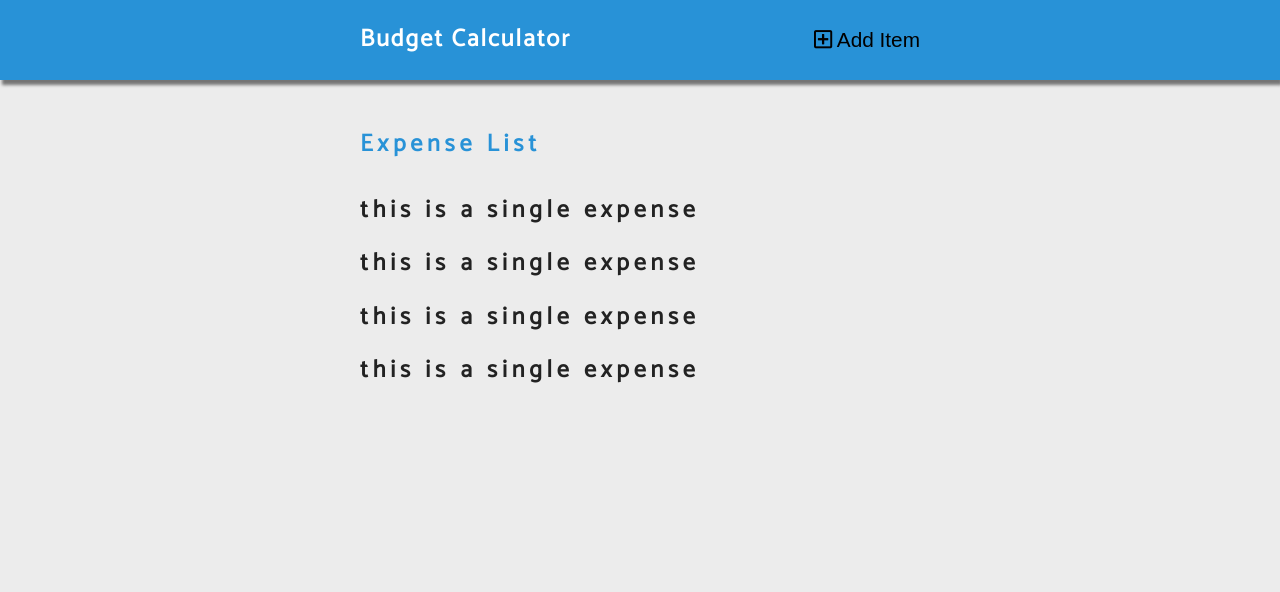
Repository: webdril/budget
Page: /
These files come from the project's save history. The page is drawn as it stood at one moment and after the next save; the edit follows.
The browser window is 1280 px wide. The pictures show the whole page.
The project was rebuilt for these pictures with package versions that can differ from the ones it lists, and the page was loaded fresh each time.

Above is the page before, as saved 2020-03-02 01:01:11.

### public/index.html
<!DOCTYPE html>
<html lang="en">
<head>
	<meta charset='utf-8'>
	<meta name='viewport' content='width=device-width,initial-scale=1'>

	<title>Budget Calculator</title>

	<link rel='icon' type='image/png' href='/favicon.png'>
	<link rel='stylesheet' href='/global.css'>
	<link rel='stylesheet' href='/build/bundle.css'>
	<!-- Font Awesome -->
	<link rel="stylesheet" href="fontawesome-free-5.11.2-web/css/all.min.css">

	<script defer src='/build/bundle.js'></script>
</head>

<body>
</body>
</html>

### src/App.svelte
<script>
// components
import Navbar from './Navbar.svelte'
import ExpensesList from './ExpensesList.svelte'

// Data
import expensesData from './expenses';

// variables
let expenses = [...expensesData];
</script>

<!-- CSS/STYLING -->

<Navbar />
<main class="content">
	<ExpensesList {expenses}/>
</main>

### src/Navbar.svelte
<nav class="nav">
	<div class="nav-center">
		<h1 class="nav-title">Budget Calculator</h1>
		<button type="button" class="nav-btn">
			<i class="far fa-plus-square" />
			Add Item
		</button>
	</div>
</nav>

### src/ExpensesList.svelte
<script>
import SectionTitle from './Title.svelte';
import Expense from './Expense.svelte';
export let expenses = [];
</script>

<style>
    h2 {
        text-transform: capitalize;
    }
</style>

<section>
    <SectionTitle title= 'expense list' />
    <ul>
        {#each expenses as expense, index}
            <Expense index={index + 1}/>
            {:else}
                <h2>Currently you have no expenses</h2>
        {/each}
    </ul>
</section>

### src/Title.svelte
<script>
export let title = "default title";

</script>


<div class="main-title">
 <h2>{title}</h2>
</div>

### src/Expense.svelte
<script>
export let index;
</script>
<div>
<h1>this is a single expense</h1>
</div>

### public/global.css
/*
======
Fonts
======
*/
@import url("https://fonts.googleapis.com/css?family=Catamaran:300,400&display=swap");
/*
======
Variables
======
*/
:root {
  --primaryColor: #2892d7;
  --mainWhite: #fff;
  --offWhite: #f7f7f7;
  --mainBlack: #222;
  --mainGrey: #ececec;
  --darkGrey: #afafaf;
  --mainTransition: all 0.3s linear;
  --mainSpacing: 0.3rem;
  --lightShadow: 2px 5px 3px 0px rgba(0, 0, 0, 0.5);
  --darkShadow: 4px 10px 5px 0px rgba(0, 0, 0, 0.5);
  --mainBorderRadius: 0.25rem;
}
/*
======
Global Styles
======
*/
* {
  margin: 0;
  padding: 0;
  box-sizing: border-box;
}

body {
  font-family: "Catamaran", sans-serif;
  color: var(--mainBlack);
  background: var(--mainGrey);
  line-height: 1.4;
  font-size: 1rem;
  font-weight: 300;
}
h1,
h2,
h3,
h4,
h5,
h6 {
  font-family: "Catamaran", sans-serif;
  margin-bottom: 1.25rem;
  letter-spacing: var(--mainSpacing);
}
p {
  margin-bottom: 1.25rem;
}
ul {
  list-style-type: none;
}
a {
  text-decoration: none;
  color: var(--mainBlack);
}
/*
======
Buttons
======
*/
.btn,
.btn-white,
.btn-primary {
  text-transform: uppercase;
  letter-spacing: var(--mainSpacing);
  color: var(--primaryColor);
  border: 2px solid var(--primaryColor);
  padding: 0.45rem 0.8rem;
  display: inline-block;
  transition: var(--mainTransition);
  cursor: pointer;
  font-size: 0.8rem;
  border-radius: var(--mainBorderRadius);
  background: transparent;
}
.btn:hover {
  background: var(--primaryColor);
  color: var(--mainWhite);
}
.btn-white {
  background: transparent;
  color: var(--primaryColor);
  border-color: var(--primaryColor);
}
.btn-white:hover {
  background: var(--mainWhite);
  color: var(--primaryColor);
}
.btn-primary {
  background: var(--primaryColor);
  color: var(--mainWhite);
  border-color: var(--primaryColor);
}
.btn-primary:hover {
  background: transparent;
  color: var(--primaryColor);
}
.btn-block {
  width: 100%;
  display: block;
  margin: 0 auto;
  box-shadow: var(--lightShadow);
}
.disabled {
  color: var(--darkGrey);
  border-color: var(--darkGrey);
}
.disabled:hover {
  background: transparent;
  color: var(--darkGrey);
  border-color: var(--darkGrey);
}
/*
======
Navbar
======
*/
.nav {
  background: var(--primaryColor);
  height: 5rem;
  display: flex;
  align-items: center;
  box-shadow: var(--lightShadow);
}

.nav-center {
  width: 85%;
  max-width: 35rem;
  margin: 0 auto;
  display: flex;
  justify-content: space-between;
}
.nav-title {
  text-transform: capitalize;
  color: var(--mainWhite);
  margin-bottom: 0;
  letter-spacing: 2px;
}
.nav-btn {
  background: transparent;
  font-size: 1.3rem;
  border: none;
  cursor: pointer;
  text-transform: capitalize;
  transition: var(--mainTransition);
}
.nav-btn:hover {
  color: var(--darkGrey);
}
/*
======
Content
======
*/
.content {
  padding: 3rem 0;
  width: 85vw;
  max-width: 35rem;
  margin: 0 auto;
}

/*
======
Main Title
======
*/
.main-title {
  text-transform: capitalize;
  color: var(--primaryColor);
  margin-bottom: 2rem;
}
/*
======
Single Expense
======
*/
.single-expense {
  display: flex;
  justify-content: space-between;
  text-transform: capitalize;
  align-items: center;
  margin-bottom: 2rem;
  padding: 1.3rem 1rem;
  border-radius: var(--mainBorderRadius);
  background: var(--mainWhite);
  box-shadow: var(--lightShadow);
}
.single-expense h2 {
  margin-bottom: 0;
  font-weight: 300;
}
.single-expense h4 {
  margin-bottom: 0;
  margin-top: 1rem;
  font-weight: 300;
  color: var(--primaryColor);
}

.expense-btn {
  font-size: 1rem;
  background: transparent;
  border: none;
  margin: 0 0.4rem;
  transition: var(--mainTransition);
  cursor: pointer;
}
.expense-btn:hover {
  transform: scale(1.2);
}
.amount-btn {
  font-size: 1.3rem;
  background: transparent;
  border: none;
  cursor: pointer;
  color: var(--primaryColor);
}
.delete-btn {
  color: red;
}
.edit-btn {
  color: green;
}
/*
======
Expense Form
======
*/

.expense-form {
  background: var(--mainWhite);
  padding: 1.25rem 1rem;
  text-transform: capitalize;
  border-radius: var(--mainBorderRadius);
  box-shadow: var(--lightShadow);
}

.form-control label {
  display: block;
}
.form-control input {
  width: 100%;
  border: none;
  border-bottom: 2px solid var(--darkGrey);
  margin-bottom: 1.25rem;
  padding: 0.5rem;
  font-size: 1.2rem;
}
.form-empty {
  text-align: center;
  color: red;
}
.form {
  position: relative;
  margin-bottom: 5rem;
}
.close-btn {
  position: absolute;
  top: 0;
  right: 0;
  font-size: 1.2rem;
  text-transform: capitalize;
  display: flex;
  align-items: center;
  width: 4.2rem;
  justify-content: space-between;
  background: transparent;
  border: none;
  color: red;
  cursor: pointer;
}
/*
======
Modal
======
*/
.modal-container {
  position: fixed;
  top: 0;
  left: 0;
  right: 0;
  bottom: 0;
  background: rgba(0, 0, 0, 0.7);
  z-index: 2;
}
.modal-content {
  background: var(--mainWhite);
  width: 85vw;
  max-width: 35rem;
  margin: 0 auto;
  margin-top: 5rem;
  padding: 3rem;
  border-radius: var(--mainBorderRadius);
  position: relative;
}
.modal-content .expense-form {
  box-shadow: none;
}
.modal-container .form {
  margin-bottom: 0;
}
.modal-container .expense-form {
  padding: 1.25rem 0;
}
.modal-container .form {
  position: static;
}
.modal-container .close-btn {
  top: 2%;
  right: 3%;
}
/*
======
Github Users
======
*/

.user {
  margin: 2rem 0;
  box-shadow: var(--lightShadow);
  display: grid;
  grid-template-columns: auto 1fr;
  border-radius: var(--mainBorderRadius);
  grid-column-gap: 2rem;
  background: var(--mainWhite);
}
.user img {
  width: 6rem;
  border-top-left-radius: var(--mainBorderRadius);
  border-bottom-left-radius: var(--mainBorderRadius);
}
.user-info {
  padding-top: 0.75rem;
}
.user-info h3 {
  margin-bottom: 0.75rem;
}

Loaded but not shown: src/main.js (common file); src/expenses.js (common file); public/fontawesome-free-5.11.2-web/css/all.min.css (library)

After the next save:
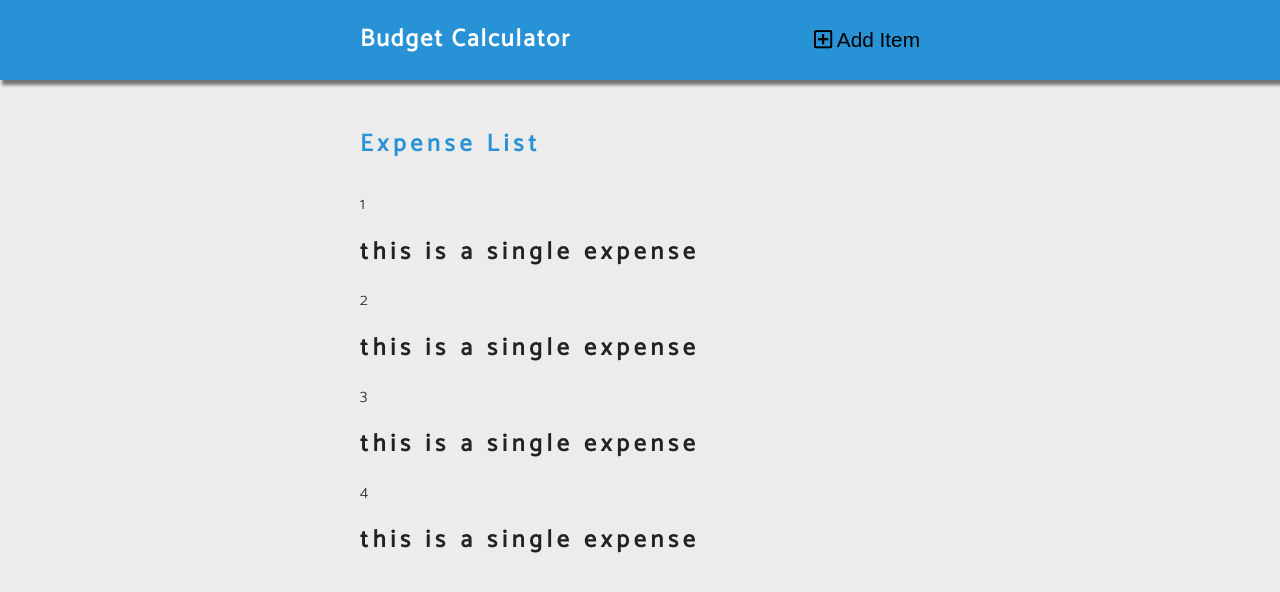
Saved 19 s later.
--- a/src/Expense.svelte
+++ b/src/Expense.svelte
@@ -2,5 +2,6 @@
 export let index;
 </script>
 <div>
+<p>{index}</p>
 <h1>this is a single expense</h1>
 </div>

After the save that followed:
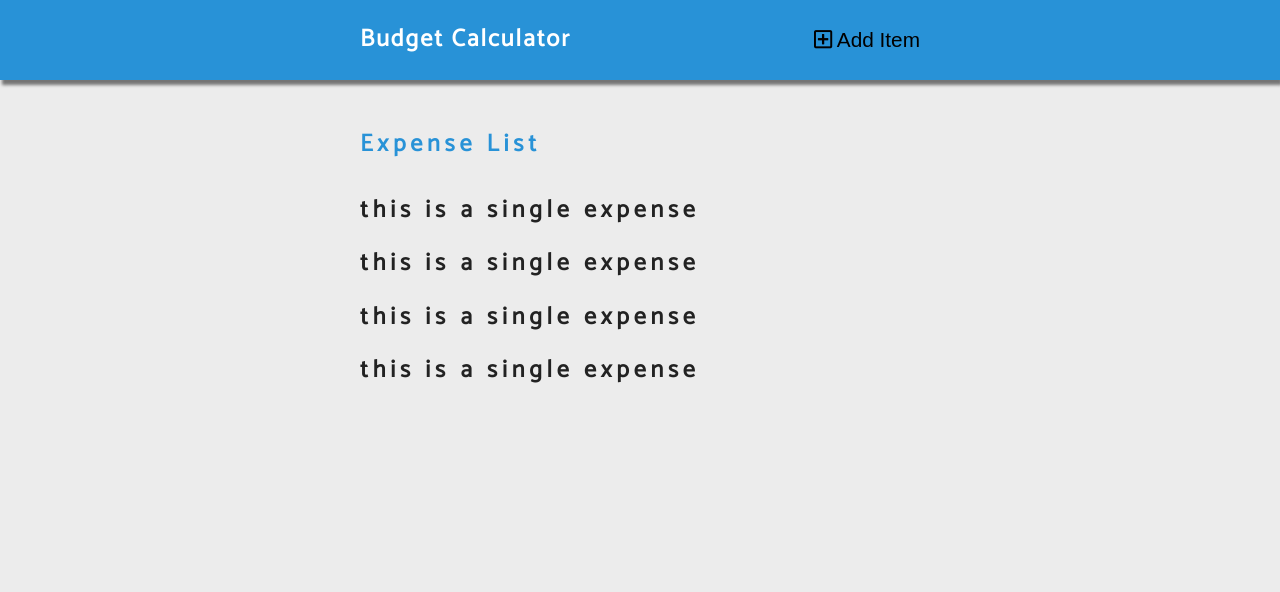
Saved 2 min 57 s later.
--- a/src/Expense.svelte
+++ b/src/Expense.svelte
@@ -1,7 +1,7 @@
 <script>
-export let index;
+export let expense
 </script>
 <div>
-<p>{index}</p>
+
 <h1>this is a single expense</h1>
 </div>
